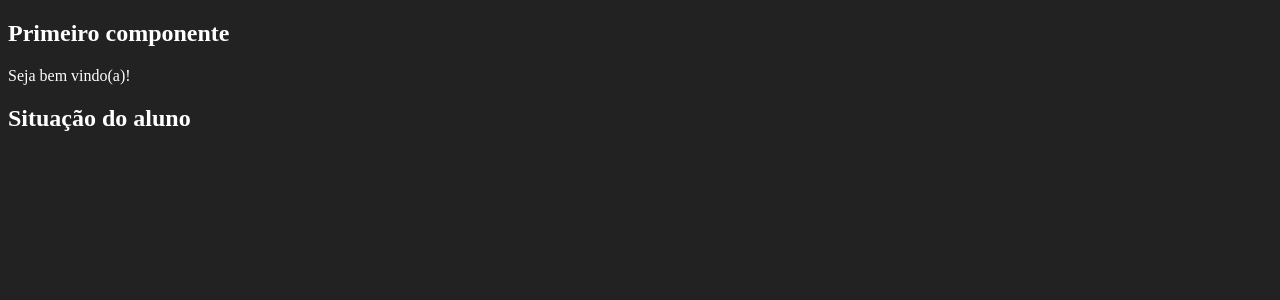
Repository: jean-siqueira/fundamentos-react
Page: /
An editor plug-in stored every save of this project. The page is shown before and after the next save, followed by the edit.
The browser window is 1280 px wide. The pictures show the whole page.
The project was rebuilt for these pictures with package versions that can differ from the ones it lists, and the page was loaded fresh each time.

Above is the page before, as saved 2023-03-04 11:14:39.

### src/index.js
import './index.css'
import ReactDOM from 'react-dom'
import React from 'react'

import Primeiro from './components/basicos/Primeiro'
import ComParametro from './components/basicos/ComParametro'

const tag = <strong>Olá React</strong>


ReactDOM.render(
    <div>
        <Primeiro></Primeiro>
        <ComParametro
            titulo="Situação do aluno"
            aluno="Jean!"
            nota={9.3}/>
    </div>,
    document.getElementById('root'))

### src/components/basicos/Primeiro.js

import React from "react"

export default function Primeiro() {

    const msg = 'Seja bem vindo(a)!'

    return (
        <div>
            <h2>Primeiro componente</h2>
            <p>  {msg} </p>
        </div>
    )

}

### src/components/basicos/ComParametro.jsx
import React from "react"

export default function ComParametro(props) {
    console.log(props)
    return (
        <div>
            <h2>{ props.titulo }</h2>
            <h3>{ props.subtitulo }</h3>
        </div>
    )
}

Loaded but not shown: public/index.html (common file); src/index.css (common file)

After the next save:
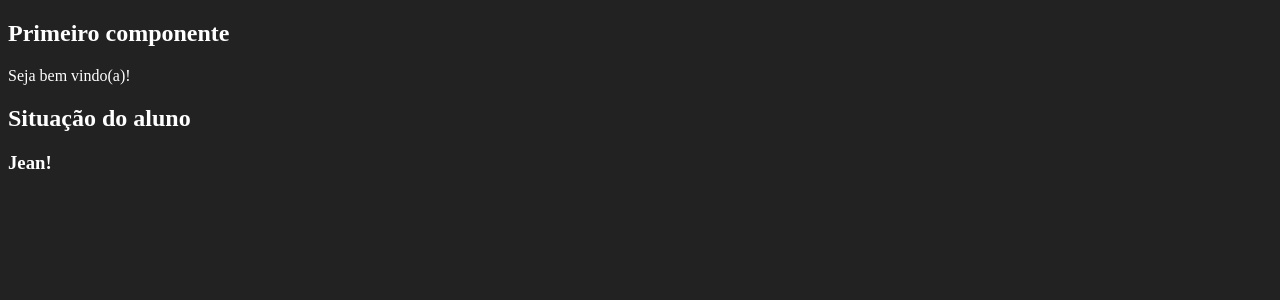
Saved 7 s later.
--- a/src/components/basicos/ComParametro.jsx
+++ b/src/components/basicos/ComParametro.jsx
@@ -5,7 +5,7 @@ export default function ComParametro(props) {
     return (
         <div>
             <h2>{ props.titulo }</h2>
-            <h3>{ props.subtitulo }</h3>
+            <h3>{ props.aluno }</h3>
         </div>
     )
 }
